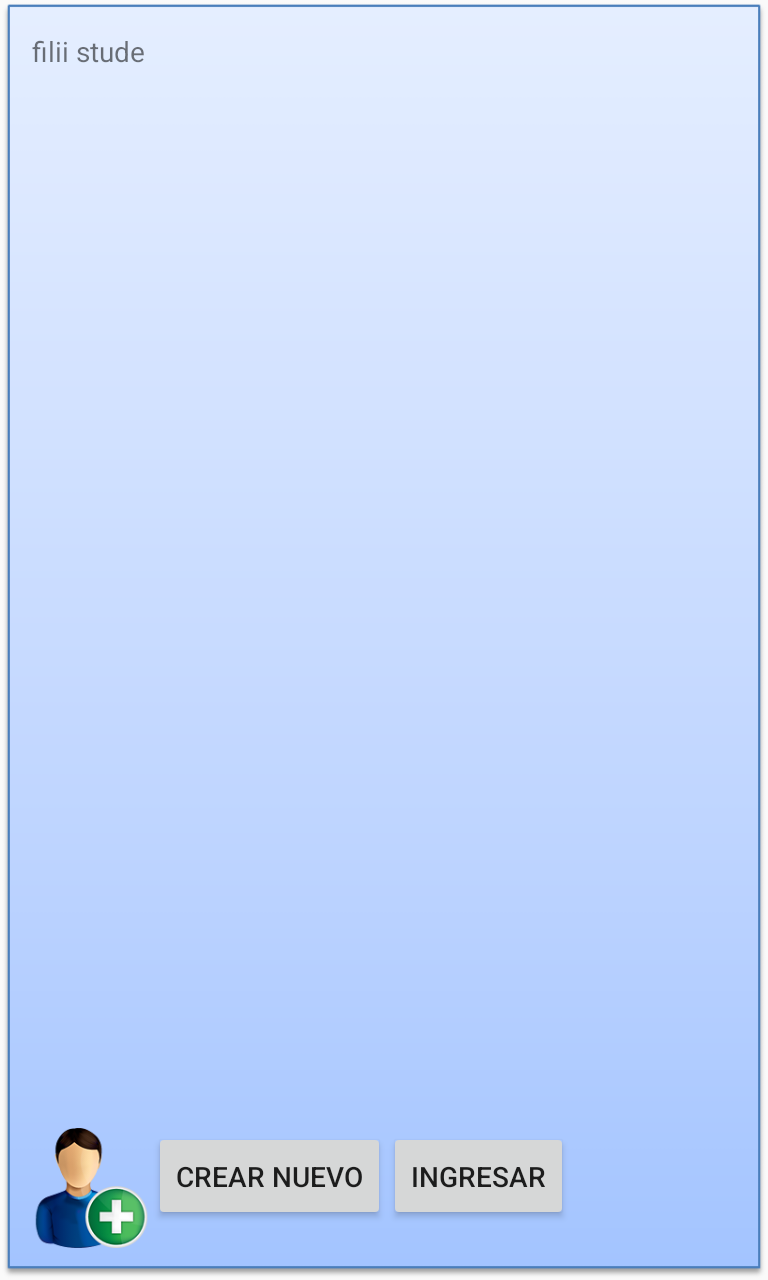
Repository: AntonioloNeviani/ProyectoDeInvestigacion_Android
Layout: FiliiStude/res/layout/activity_main.xml
These files come from the project's save history. The layout is drawn as it stood at one moment and after the next save; the edit follows.
It is drawn on a 768 x 1280 px phone screen (xhdpi) without system bars, with theme AppTheme; the app's code is not run. Lists and similar views that code fills are empty.

Above is the layout before, as saved 2015-05-26 16:37:10.

### FiliiStude/res/layout/activity_main.xml
<RelativeLayout xmlns:android="http://schemas.android.com/apk/res/android"
    xmlns:tools="http://schemas.android.com/tools"
    android:layout_width="match_parent"
    android:layout_height="match_parent"
    android:background="@drawable/imagen1"
    android:onClick="onClick"
    android:paddingBottom="@dimen/activity_vertical_margin"
    android:paddingLeft="@dimen/activity_horizontal_margin"
    android:paddingRight="@dimen/activity_horizontal_margin"
    android:paddingTop="@dimen/activity_vertical_margin"
    tools:context="com.filii.filiistude.MainActivity" >

    <LinearLayout
        android:layout_width="wrap_content"
        android:layout_height="wrap_content"
        android:layout_alignParentBottom="true"
        android:layout_alignParentLeft="true"
        android:layout_alignParentRight="true"
        android:layout_alignParentTop="true"
        android:orientation="vertical" >

        <LinearLayout
            android:layout_width="match_parent"
            android:layout_height="wrap_content"
            android:layout_weight="0.93"
            android:orientation="vertical" >

            <TextView
                android:layout_width="match_parent"
                android:layout_height="wrap_content"
                android:text="filii stude" />

            <ListView
                android:id="@+id/listView1"
                android:layout_width="match_parent"
                android:layout_height="wrap_content"
                android:layout_weight="13.79">
            </ListView>
        </LinearLayout>

        <LinearLayout
            android:layout_width="match_parent"
            android:layout_height="wrap_content" >

            <ImageButton
                android:id="@+id/button1"
                android:layout_width="60dp"
                android:layout_height="60dp"
                android:onClick="onClick"
                android:background="@drawable/user_add" />

            <Button
                android:id="@+id/button1"
                android:layout_width="wrap_content"
                android:layout_height="wrap_content"
                android:onClick="onClick"
                android:text="Crear Nuevo" />

            <Button
                android:id="@+id/button2"
                android:layout_width="wrap_content"
                android:layout_height="wrap_content"
                android:onClick="onClick"
                android:text="Ingresar" />

        </LinearLayout>
    </LinearLayout>

</RelativeLayout>

Loaded but not shown: FiliiStude/res/values/styles.xml (common file); FiliiStude/res/values-v11/styles.xml (common file); FiliiStude/res/values-v14/styles.xml (common file); FiliiStude/res/values/dimens.xml (common file); FiliiStude/res/values-w820dp/dimens.xml (common file)

After the next save:
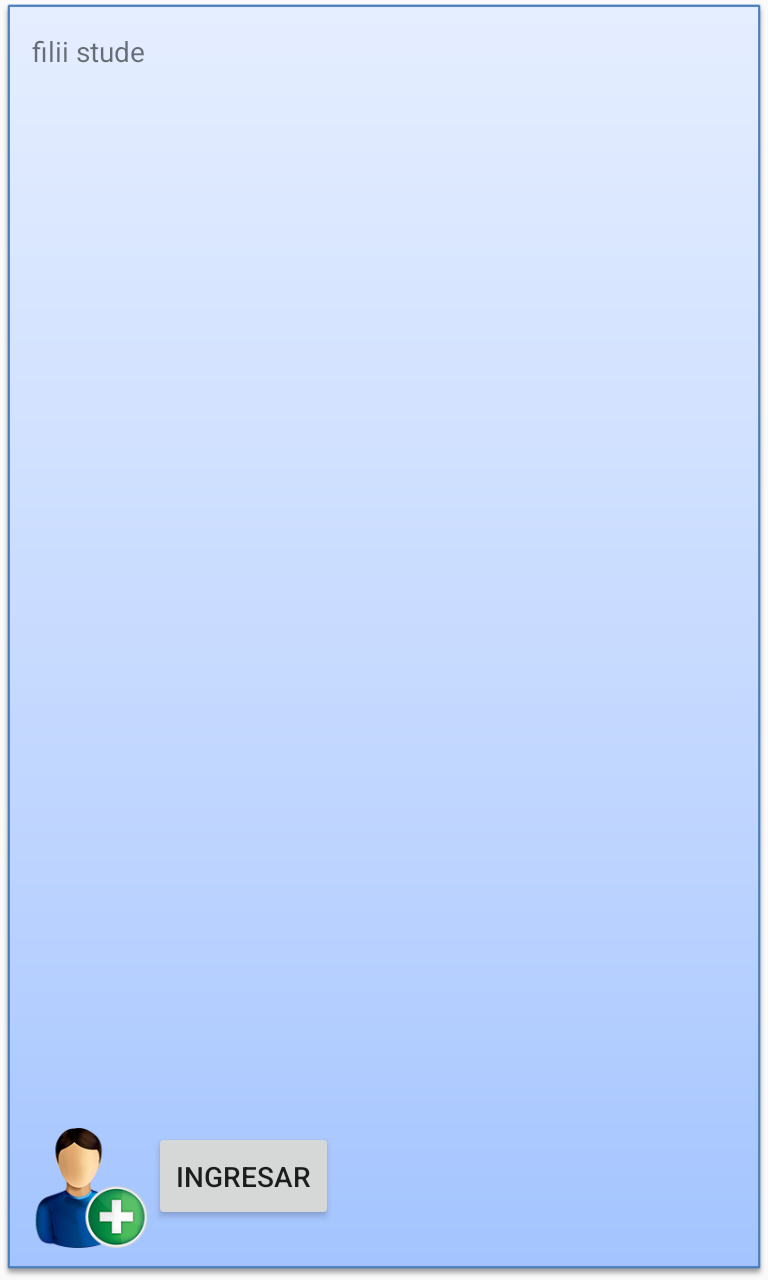
Saved 13 s later.
--- a/FiliiStude/res/layout/activity_main.xml
+++ b/FiliiStude/res/layout/activity_main.xml
@@ -49,12 +49,6 @@
                 android:onClick="onClick"
                 android:background="@drawable/user_add" />
 
-            <Button
-                android:id="@+id/button1"
-                android:layout_width="wrap_content"
-                android:layout_height="wrap_content"
-                android:onClick="onClick"
-                android:text="Crear Nuevo" />
 
             <Button
                 android:id="@+id/button2"
